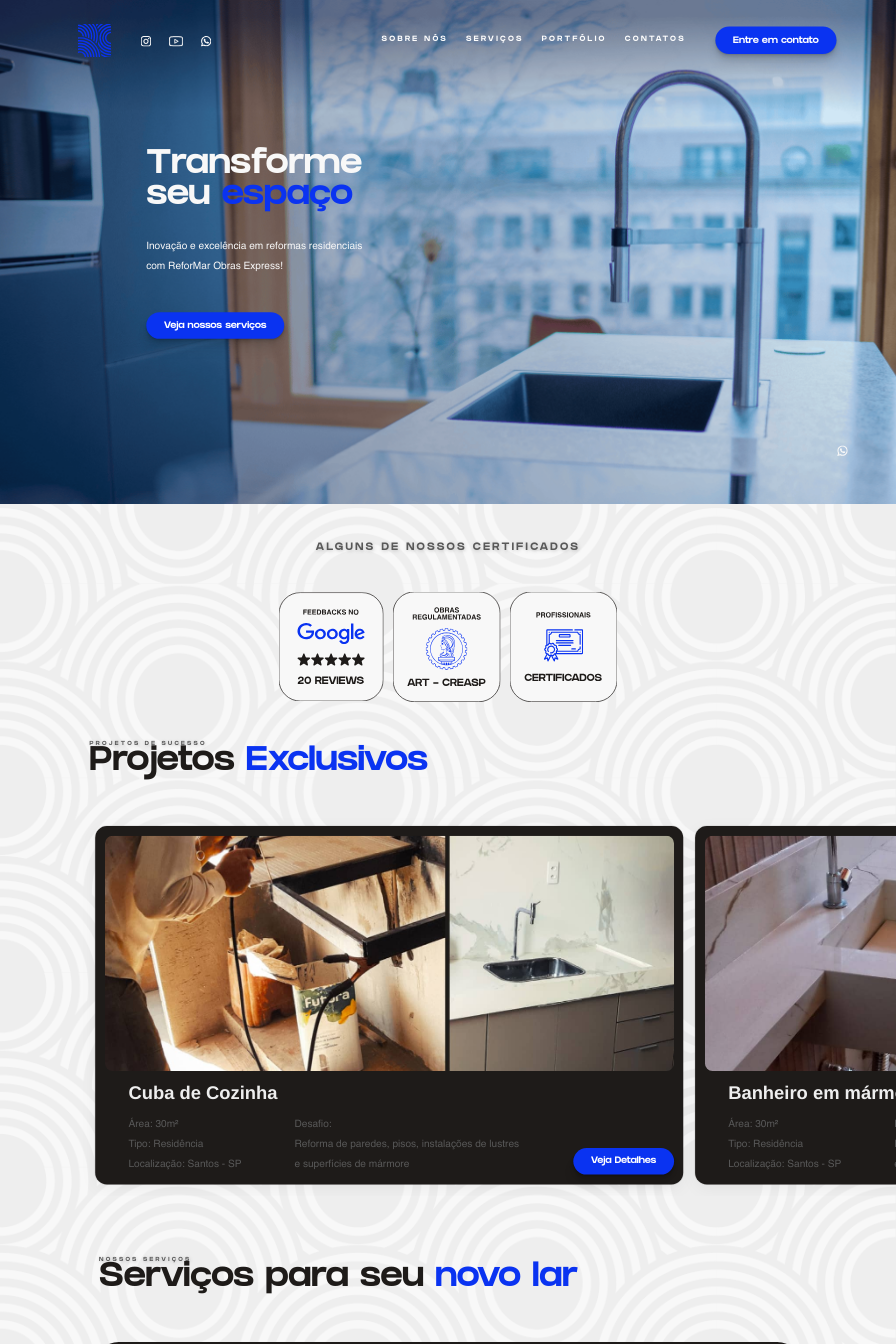
Repository: lucastdcs/ReforMar
Page: /
An editor plug-in stored every save of this project. The page is shown before and after a run of saves, followed by the edit.
The browser window is 1280 px wide. The pictures show the part of the page from y = 0 to 1920 px (the page is 9722 px tall), at 70% of full size.
Backgrounds fixed to the window are drawn as part of the page. The project was rebuilt for these pictures with package versions that can differ from the ones it lists, and the page was loaded fresh each time. Also part of the build but not shown: vite.config.js, src/Components/EmailPopUp/EmailPopUp.styled.js, src/Components/EmailPopUp/EmailPopUp.jsx, src/Components/Carrousel/Carousel.styled.js, src/Components/Carrousel/Carousel.jsx, src/Components/ServicesCardImg/ServicesCardImg.styled.js, src/Components/ServicesCardImg/ServicesCardImg.jsx, src/Pages/Servicos.jsx and 4 more.

Above is the page before, as saved 2025-01-03 23:50:05.

After the next 3 saves:
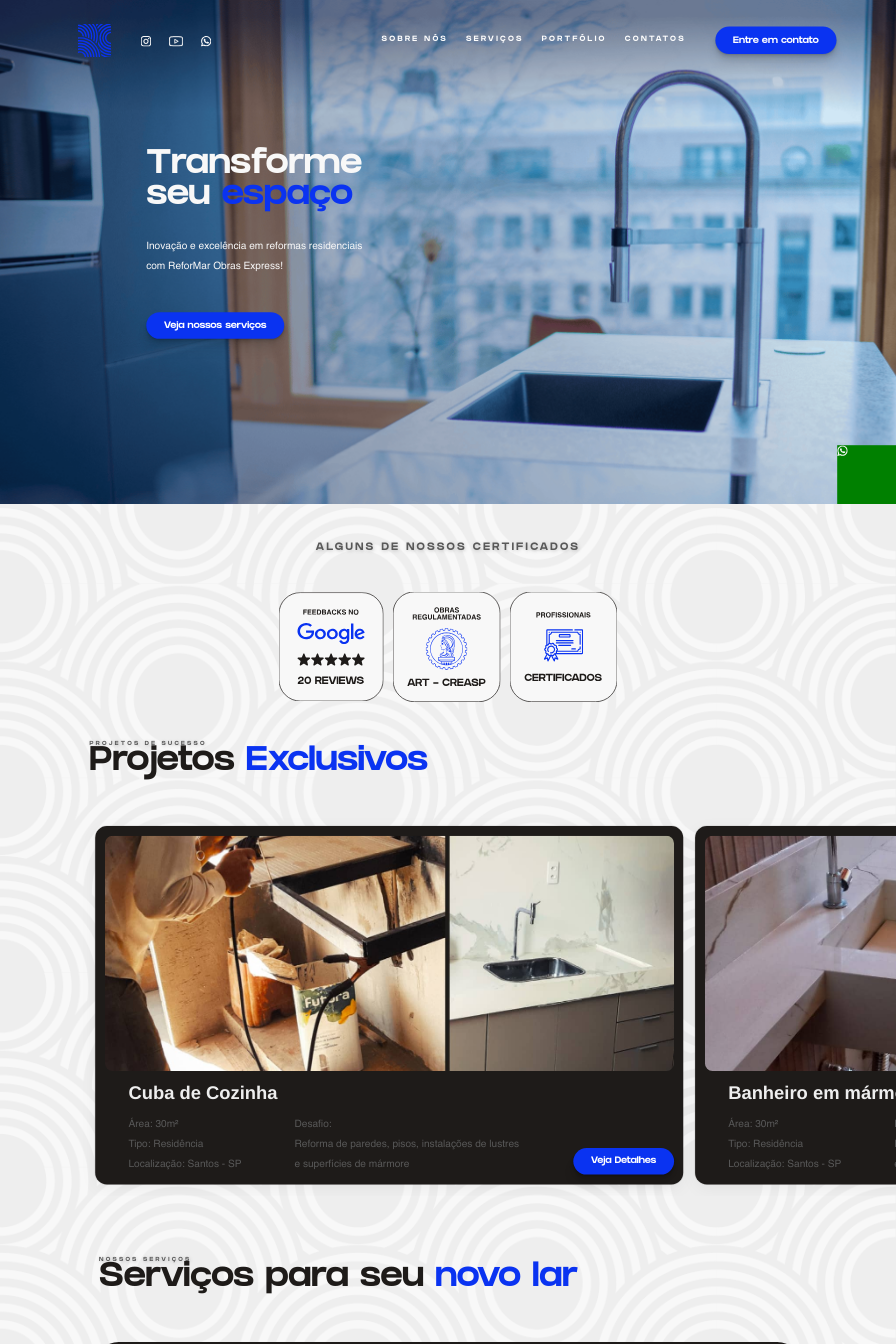
The 3 saves are shown as one change because they came seconds apart.
The last was saved 17 s later.
--- a/src/Components/WhatsappButton/WhatsappButton.jsx
+++ b/src/Components/WhatsappButton/WhatsappButton.jsx
@@ -9,6 +9,7 @@ export const WhatsappButton = () => {
       position: absolute;
       right: 0;
       bottom: 0;
+      background-color: green;
 
       img {
         object-fit: cover      }
